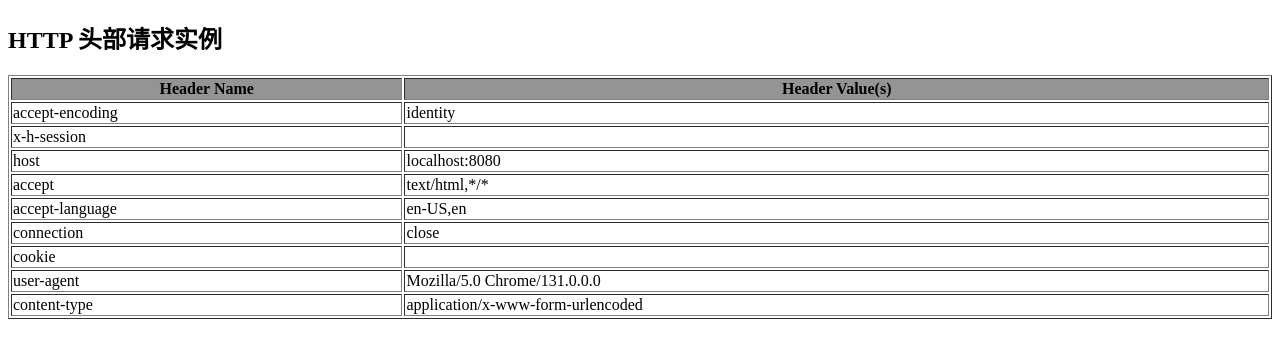
Repository: eterinfi/java
Page: http://localhost/JSPDemo/DisplayHeader.jsp
These files come from the project's save history. The page is drawn as it stood at one moment and after the next save; the edit follows.
The browser window is 1280 px wide. The pictures show the whole page.
The page is served by Tomcat 9. Other server files are loaded and not shown.

Above is the page before, as saved 2016-11-12 14:35:11.

### jee/JSPDemo/WebContent/DisplayHeader.jsp
<%@ page language="java" contentType="text/html; charset=UTF-8"
    pageEncoding="UTF-8"%>
<%@ page import="java.io.*,java.util.*" %>
<!DOCTYPE html PUBLIC "-//W3C//DTD HTML 4.01 Transitional//EN" "http://www.w3.org/TR/html4/loose.dtd">
<html>
<head>
  <meta http-equiv="Content-Type" content="text/html; charset=utf-8">
  <title>菜鸟教程(runoob.com)</title>
</head>
<body>
  <h2>HTTP 头部请求实例</h2>
  <table width="100%" border="1" align="center">
    <tr bgcolor="#949494">
      <th>Header Name</th><th>Header Value(s)</th>
    </tr>
    <%
      Enumeration<String> headerNames = request.getHeaderNames();
      while(headerNames.hasMoreElements()) {
    	  String paramName = (String)headerNames.nextElement();
    	  String paramValue = request.getHeader(paramName);
    	  out.print("<tr><td>" + paramName + "</td>");
    	  out.println("<td>" + paramValue + "</td></tr>");
      }
    %>
  </table>
</body>
</html>

After the next save:
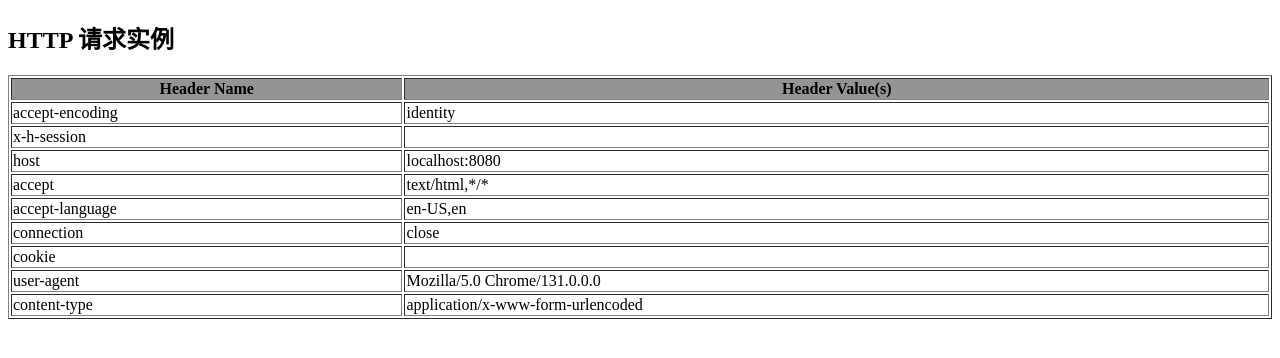
Saved 72 s later.
--- a/jee/JSPDemo/WebContent/DisplayHeader.jsp
+++ b/jee/JSPDemo/WebContent/DisplayHeader.jsp
@@ -8,7 +8,7 @@
   <title>菜鸟教程(runoob.com)</title>
 </head>
 <body>
-  <h2>HTTP 头部请求实例</h2>
+  <h2>HTTP 请求实例</h2>
   <table width="100%" border="1" align="center">
     <tr bgcolor="#949494">
       <th>Header Name</th><th>Header Value(s)</th>
